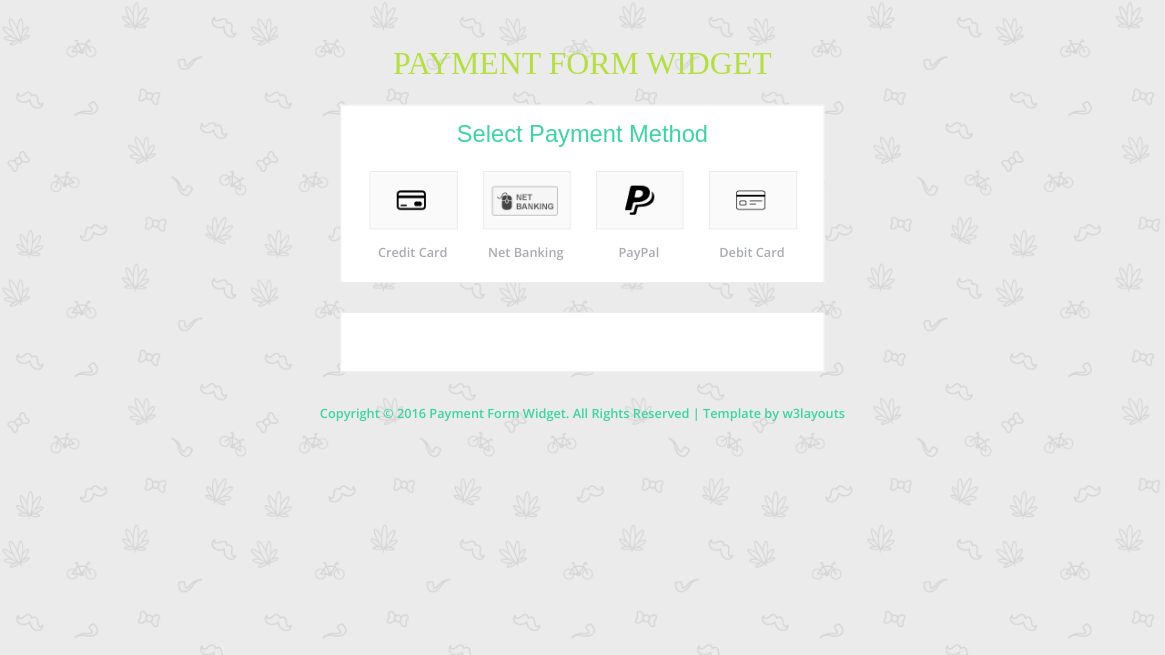
Repository: abinbabu/project-1-final
Page: http://localhost/shoppingcartfront/WEB-INF/views/lastpage.jsp
An editor plug-in stored every save of this project. The page is shown before and after the next save, followed by the edit.
The browser window is 1280 px wide. The pictures show the whole page, at 91% of full size.
Some web fonts or font styles are not loaded; a fallback is used. The page is served by Tomcat 9. Nobody is signed in. Other server files are loaded and not shown. The template is opened directly, without the code that normally fills it, so the values that code supplies are empty.

Above is the page before, as saved 2016-08-21 09:15:21.
Console error: ReferenceError: jQuery is not defined

### final complete/shoppingcartfront/src/main/webapp/WEB-INF/views/lastpage.jsp
<%@ page language="java" contentType="text/html; charset=ISO-8859-1"
    pageEncoding="ISO-8859-1"%>
    <%@ taglib prefix="spring" uri="http://www.springframework.org/tags"%>
<%@ taglib uri="http://java.sun.com/jsp/jstl/core" prefix="c"%>
<!DOCTYPE html PUBLIC "-//W3C//DTD HTML 4.01 Transitional//EN" "http://www.w3.org/TR/html4/loose.dtd">
<html>
<head>
<meta http-equiv="Content-Type" content="text/html; charset=ISO-8859-1">
<link href="<c:url value="/resources/css/style.css" />"
	rel="stylesheet">
	<link href='//fonts.googleapis.com/css?family=Fugaz+One' rel='stylesheet' type='text/css'>
<link href='//fonts.googleapis.com/css?family=Alegreya+Sans:400,100,100italic,300,300italic,400italic,500,500italic,700,700italic,800,800italic,900,900italic' rel='stylesheet' type='text/css'>
<link href='//fonts.googleapis.com/css?family=Open+Sans:400,300,300italic,400italic,600,600italic,700,700italic,800,800italic' rel='stylesheet' type='text/css'>
<title>Insert title here</title>
</head>
<body>
<div class="main">
		<h1>Payment Form Widget</h1>
		<div class="content">

			<script src="js/easyResponsiveTabs.js" type="text/javascript"></script>
					<script type="text/javascript">
						$(document).ready(function () {
							$('#horizontalTab').easyResponsiveTabs({
								type: 'default', //Types: default, vertical, accordion
								width: 'auto', //auto or any width like 600px
								fit: true   // 100% fit in a container
							});
						});

					</script>
						<div class="sap_tabs">
							<div id="horizontalTab" style="display: block; width: 100%; margin: 0px;">
								<div class="pay-tabs">
									<h2>Select Payment Method</h2>
									  <ul class="resp-tabs-list">
										  <li class="resp-tab-item" aria-controls="tab_item-0" role="tab"><span><label class="pic1"></label>Credit Card</span></li>
										  <li class="resp-tab-item" aria-controls="tab_item-1" role="tab"><span><label class="pic3"></label>Net Banking</span></li>
										  <li class="resp-tab-item" aria-controls="tab_item-2" role="tab"><span><label class="pic4"></label>PayPal</span></li>
										  <li class="resp-tab-item" aria-controls="tab_item-3" role="tab"><span><label class="pic2"></label>Debit Card</span></li>
										  <div class="clear"></div>
									  </ul>
								</div>
								<div class="resp-tabs-container">
									<div class="tab-1 resp-tab-content" aria-labelledby="tab_item-0">
										<div class="payment-info">
											<h3>Personal Information</h3>
											<form>
												<div class="tab-for">
													<h5>EMAIL ADDRESS</h5>
														<input type="text" value="">
													<h5>FIRST NAME</h5>
														<input type="text" value="">
												</div>
											</form>
											<h3 class="pay-title">Credit Card Info</h3>
											<form>
												<div class="tab-for">
													<h5>NAME ON CARD</h5>
														<input type="text" value="">
													<h5>CARD NUMBER</h5>
														<input class="pay-logo" type="text" value="0000-0000-0000-0000" onfocus="this.value = '';" onblur="if (this.value == '') {this.value = '0000-0000-0000-0000';}" required="">
												</div>
												<div class="transaction">
													<div class="tab-form-left user-form">
														<h5>EXPIRATION</h5>
															<ul>
																<li>
																	<input type="number" class="text_box" type="text" value="6" min="1" />
																</li>
																<li>
																	<input type="number" class="text_box" type="text" value="1988" min="1" />
																</li>

															</ul>
													</div>
													<div class="tab-form-right user-form-rt">
														<h5>CVV NUMBER</h5>
														<input type="text" value="xxxx" onfocus="this.value = '';" onblur="if (this.value == '') {this.value = 'xxxx';}" required="">
													</div>
													<div class="clear"></div>
												</div>
												<input type="submit" value="SUBMIT">
											</form>
											<div class="single-bottom">
													<ul>
														<li>
															<input type="checkbox"  id="brand" value="">
															<label for="brand"><span></span>By checking this box, I agree to the Terms & Conditions & Privacy Policy.</label>
														</li>
													</ul>
											</div>
										</div>
									</div>
									<div class="tab-1 resp-tab-content" aria-labelledby="tab_item-1">
										<div class="payment-info">
											<h3>Net Banking</h3>
											<div class="radio-btns">
												<div class="swit">
													<div class="check_box"> <div class="radio"> <label><input type="radio" name="radio" checked=""><i></i>Andhra Bank</label> </div></div>
													<div class="check_box"> <div class="radio"> <label><input type="radio" name="radio"><i></i>Allahabad Bank</label> </div></div>
													<div class="check_box"> <div class="radio"> <label><input type="radio" name="radio"><i></i>Bank of Baroda</label> </div></div>
													<div class="check_box"> <div class="radio"> <label><input type="radio" name="radio"><i></i>Canara Bank</label> </div></div>
													<div class="check_box"> <div class="radio"> <label><input type="radio" name="radio"><i></i>IDBI Bank</label> </div></div>
													<div class="check_box"> <div class="radio"> <label><input type="radio" name="radio"><i></i>Icici Bank</label> </div></div>
													<div class="check_box"> <div class="radio"> <label><input type="radio" name="radio"><i></i>Indian Overseas Bank</label> </div></div>
													<div class="check_box"> <div class="radio"> <label><input type="radio" name="radio"><i></i>Punjab National Bank</label> </div></div>
													<div class="check_box"> <div class="radio"> <label><input type="radio" name="radio"><i></i>South Indian Bank</label> </div></div>
													<div class="check_box"> <div class="radio"> <label><input type="radio" name="radio"><i></i>State Bank Of India</label> </div></div>
												</div>
												<div class="swit">
													<div class="check_box"> <div class="radio"> <label><input type="radio" name="radio" checked=""><i></i>City Union Bank</label> </div></div>
													<div class="check_box"> <div class="radio"> <label><input type="radio" name="radio"><i></i>HDFC Bank</label> </div></div>
													<div class="check_box"> <div class="radio"> <label><input type="radio" name="radio"><i></i>IndusInd Bank</label> </div></div>
													<div class="check_box"> <div class="radio"> <label><input type="radio" name="radio"><i></i>Syndicate Bank</label> </div></div>
													<div class="check_box"> <div class="radio"> <label><input type="radio" name="radio"><i></i>Deutsche Bank</label> </div></div>
													<div class="check_box"> <div class="radio"> <label><input type="radio" name="radio"><i></i>Corporation Bank</label> </div></div>
													<div class="check_box"> <div class="radio"> <label><input type="radio" name="radio"><i></i>UCO Bank</label> </div></div>
													<div class="check_box"> <div class="radio"> <label><input type="radio" name="radio"><i></i>Indian Bank</label> </div></div>
													<div class="check_box"> <div class="radio"> <label><input type="radio" name="radio"><i></i>Federal Bank</label> </div></div>
													<div class="check_box"> <div class="radio"> <label><input type="radio" name="radio"><i></i>ING Vysya Bank</label> </div></div>
												</div>
												<div class="clear"></div>
											</div>
											<a href="#">Continue</a>
										</div>
									</div>
									<div class="tab-1 resp-tab-content" aria-labelledby="tab_item-2">
										<div class="payment-info">
											<h3>PayPal</h3>
											<h4>Already Have A PayPal Account?</h4>
											<div class="login-tab">
												<div class="user-login">
													<h2>Login</h2>

													<form>
														<input type="text" value="name@email.com" onfocus="this.value = '';" onblur="if (this.value == '') {this.value = 'name@email.com';}" required="">
														<input type="password" value="PASSWORD" onfocus="this.value = '';" onblur="if (this.value == '') {this.value = 'PASSWORD';}" required="">
															<div class="user-grids">
																<div class="user-left">
																	<div class="single-bottom">
																			<ul>
																				<li>
																					<input type="checkbox"  id="brand1" value="">
																					<label for="brand1"><span></span>Remember me?</label>
																				</li>
																			</ul>
																	</div>
																</div>
																<div class="user-right">
																	<input type="submit" value="LOGIN">
																</div>
																<div class="clear"></div>
															</div>
													</form>
												</div>
											</div>
										</div>
									</div>
									<div class="tab-1 resp-tab-content" aria-labelledby="tab_item-3">
										<div class="payment-info">

											<h3 class="pay-title">Dedit Card Info</h3>
											<form>
												<div class="tab-for">
													<h5>NAME ON CARD</h5>
														<input type="text" value="">
													<h5>CARD NUMBER</h5>
														<input class="pay-logo" type="text" value="0000-0000-0000-0000" onfocus="this.value = '';" onblur="if (this.value == '') {this.value = '0000-0000-0000-0000';}" required="">
												</div>
												<div class="transaction">
													<div class="tab-form-left user-form">
														<h5>EXPIRATION</h5>
															<ul>
																<li>
																	<input type="number" class="text_box" type="text" value="6" min="1" />
																</li>
																<li>
																	<input type="number" class="text_box" type="text" value="1988" min="1" />
																</li>

															</ul>
													</div>
													<div class="tab-form-right user-form-rt">
														<h5>CVV NUMBER</h5>
														<input type="text" value="xxxx" onfocus="this.value = '';" onblur="if (this.value == '') {this.value = 'xxxx';}" required="">
													</div>
													<div class="clear"></div>
												</div>
												<input type="submit" value="SUBMIT">
											</form>
											<div class="single-bottom">
													<ul>
														<li>
															<input type="checkbox"  id="brand" value="">
															<label for="brand"><span></span>By checking this box, I agree to the Terms & Conditions & Privacy Policy.</label>
														</li>
													</ul>
											</div>
										</div>
									</div>
								</div>
							</div>
						</div>

		</div>
		<p class="footer">Copyright © 2016 Payment Form Widget. All Rights Reserved | Template by <a href="https://w3layouts.com/" target="_blank">w3layouts</a></p>
	</div>
</body>
</html>

Loaded but not shown: final complete/shoppingcartfront/src/main/webapp/resources/css/style.css (common file); final complete/shoppingcartfront/src/main/webapp/resources/js/easyResponsiveTabs.js (common file); final complete/shoppingcartfront/src/main/webapp/resources/js/jquery.min.js (library)

After the next save:
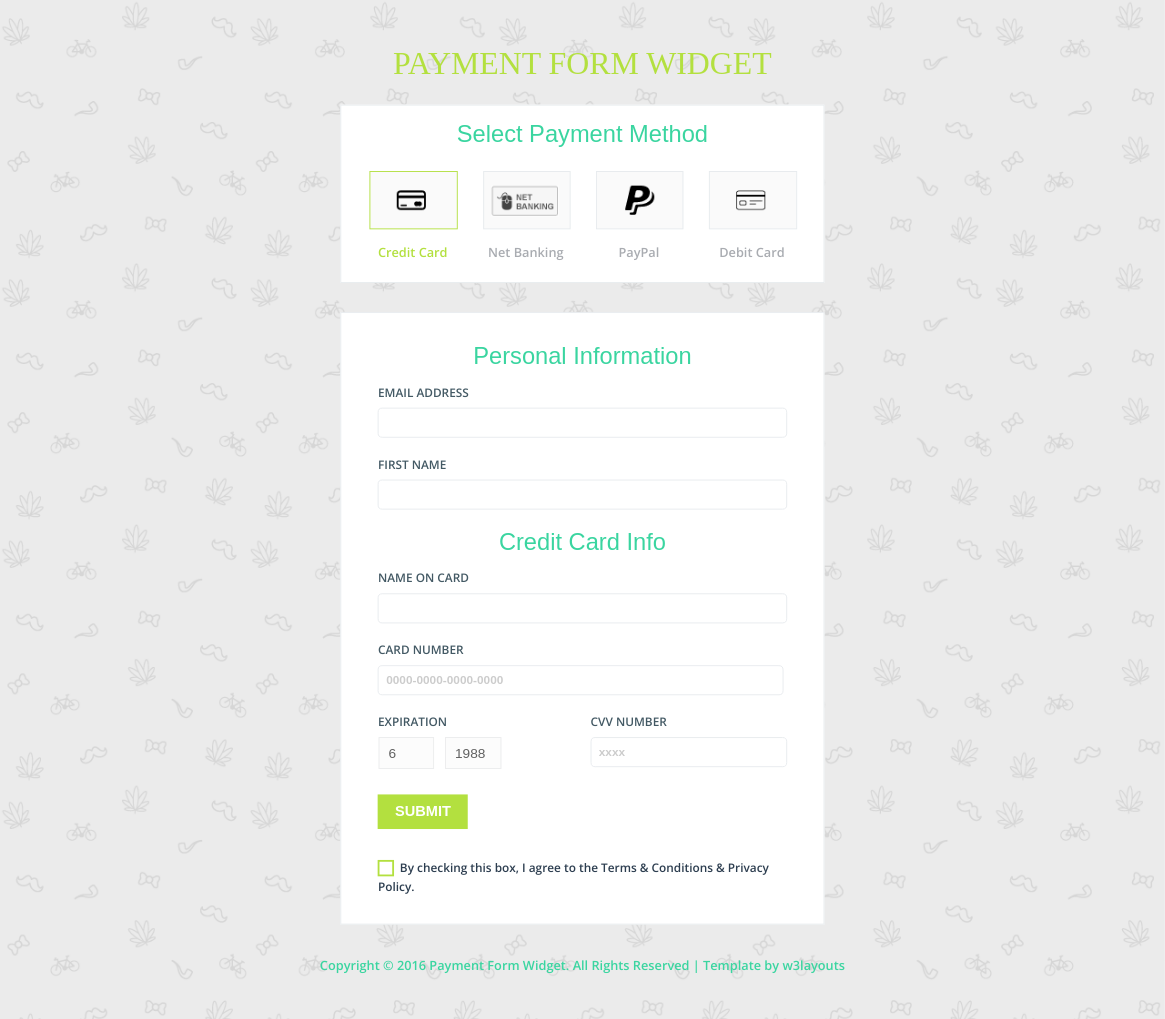
The error is gone.
Saved 64 s later.
--- a/final complete/shoppingcartfront/src/main/webapp/WEB-INF/views/lastpage.jsp
+++ b/final complete/shoppingcartfront/src/main/webapp/WEB-INF/views/lastpage.jsp
@@ -11,6 +11,7 @@
 	<link href='//fonts.googleapis.com/css?family=Fugaz+One' rel='stylesheet' type='text/css'>
 <link href='//fonts.googleapis.com/css?family=Alegreya+Sans:400,100,100italic,300,300italic,400italic,500,500italic,700,700italic,800,800italic,900,900italic' rel='stylesheet' type='text/css'>
 <link href='//fonts.googleapis.com/css?family=Open+Sans:400,300,300italic,400italic,600,600italic,700,700italic,800,800italic' rel='stylesheet' type='text/css'>
+<script src="<c:url value="/resources/js/jquery.min.js" />"></script>
 <title>Insert title here</title>
 </head>
 <body>
